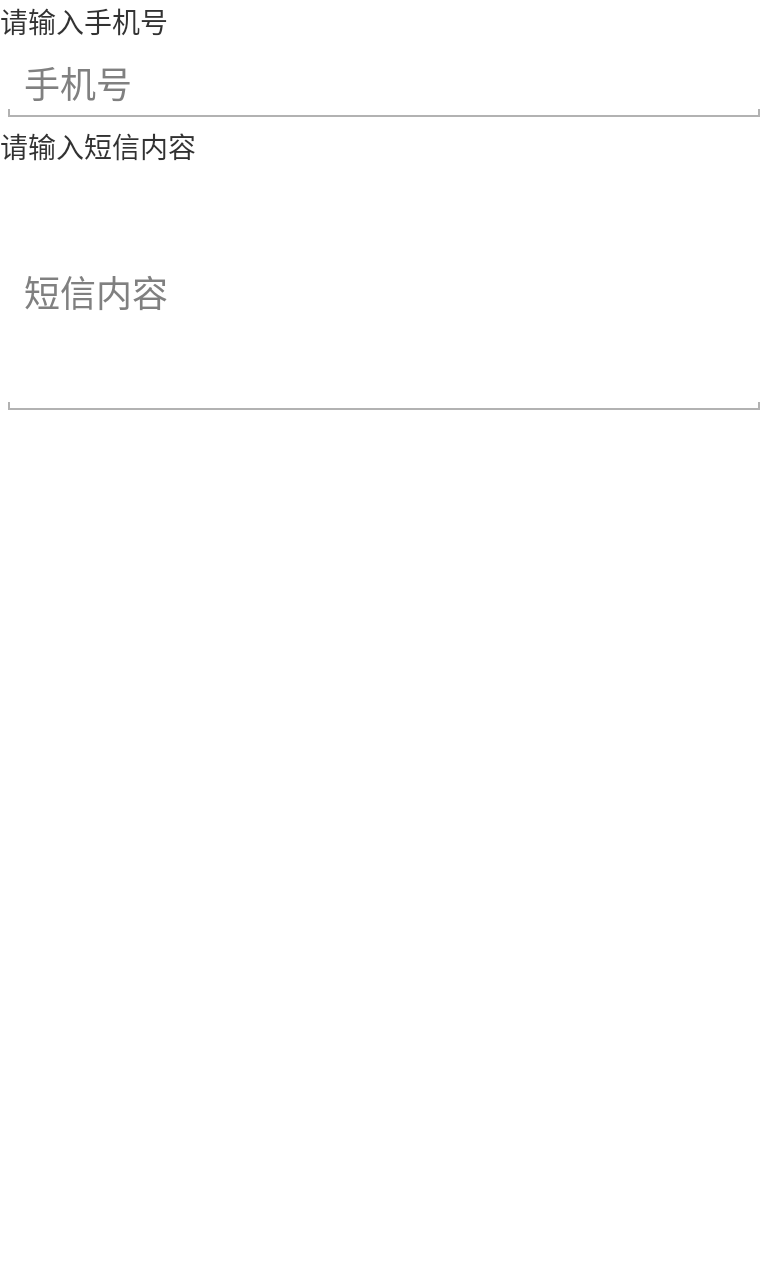
Repository: qq839924354/day01
Layout: code/Layout/res/layout/activity_main.xml
These files come from the project's save history. The layout is drawn as it stood at one moment and after the next save; the edit follows.
It is drawn on a 768 x 1280 px phone screen (xhdpi) without system bars, with theme AppTheme; the app's code is not run.

Above is the layout before, as saved 2013-02-28 08:15:04.

After the next save:
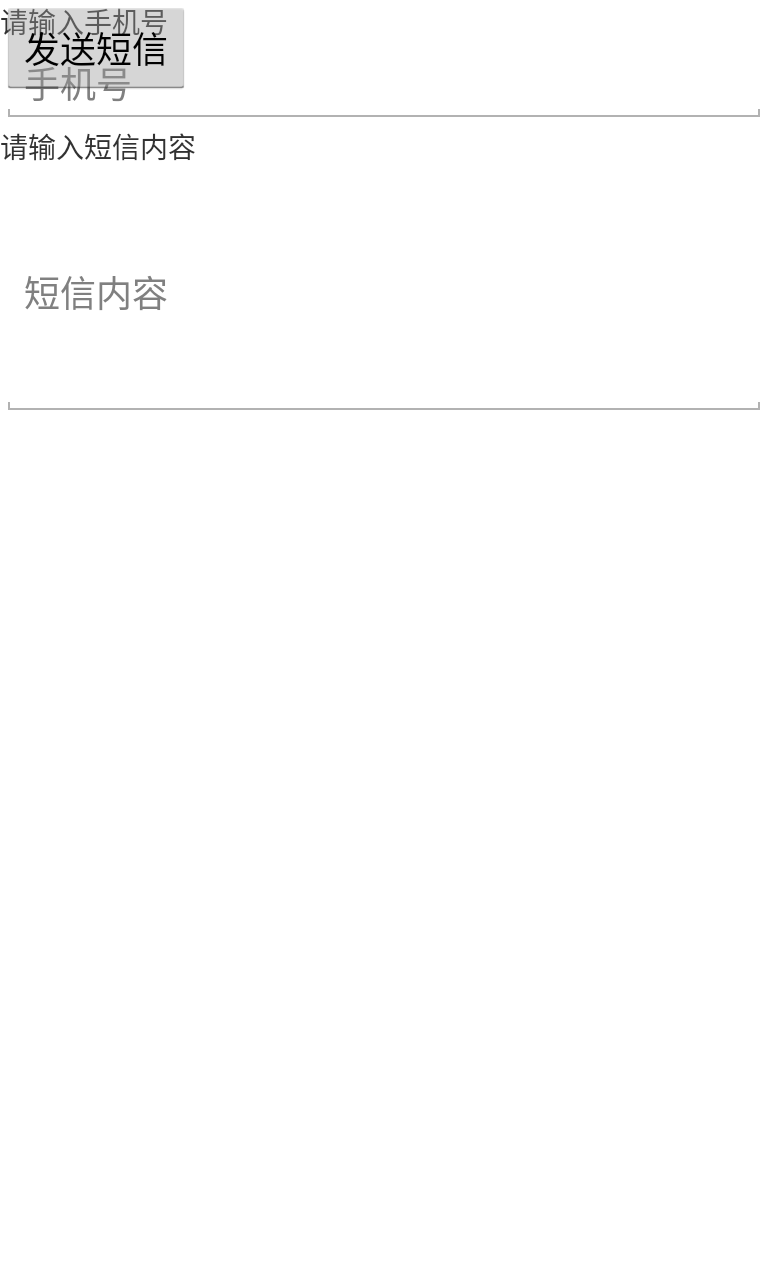
Saved 37 s later.
--- a/code/Layout/res/layout/activity_main.xml
+++ b/code/Layout/res/layout/activity_main.xml
@@ -25,12 +25,16 @@
         android:text="请输入短信内容" />
 
     <EditText
+        android:layout_width="fill_parent"
+        android:layout_height="wrap_content"
         android:layout_below="@id/tv_content"
-         android:layout_width="fill_parent"
-        android:layout_height="wrap_content"
         android:hint="短信内容"
         android:inputType="textMultiLine"
-        android:minLines="5"
-        />
+        android:minLines="5" />
+
+    <Button
+        android:text="发送短信"
+        android:layout_width="wrap_content"
+        android:layout_height="wrap_content" />
 
 </RelativeLayout>
